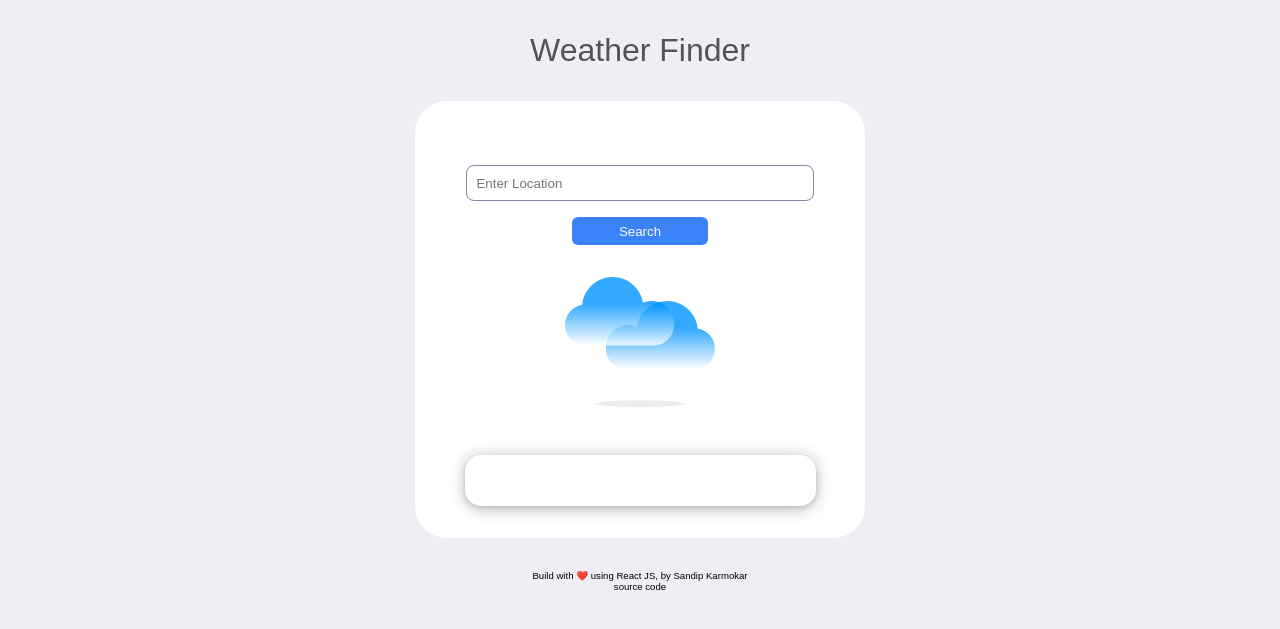
Repository: sandipkarmokar/weather-app
Page: /
An editor plug-in stored every save of this project. The page is shown before and after the next save, followed by the edit.
The browser window is 1280 px wide. The pictures show the whole page.
The project was rebuilt for these pictures with package versions that can differ from the ones it lists, and the page was loaded fresh each time.

Above is the page before, as saved 2022-04-12 18:08:43.

### src/App.js
import { useState, useEffect } from 'react';
import './App.css';
import WeatherForm from './components/WeatherForm';
import WeatherInfoShow from './components/WeatherInfoShow';

function App() {
    const [city, setCity] = useState('');
    const [gotData, setGotData] = useState(false);
    const [weatherData, setWeatherData] = useState([]);
    const [isDay, setIsDay] = useState(false);

    console.log(weatherData);
    const url = `https://api.openweathermap.org/data/2.5/weather?q=${city}&appid=390f3fd7515cacb5596ae4765de92a6d`;

    const fetchData = async (e) => {
        e.preventDefault();
        try {
            const response = await fetch(url);
            const data = await response.json();
            setWeatherData(data);
            setGotData(true);
            const isDay = weatherData?.weather[0].icon?.includes('d');
            setIsDay(isDay);
        } catch (error) {
            console.log(error);
            setGotData(false);
        }
    };

    return (
        <div className="app">
            <div className="heading">
                <p>Weather Finder</p>
            </div>
            <div className="app-container">
                <WeatherForm
                    city={city}
                    setCity={setCity}
                    fetchData={fetchData}
                ></WeatherForm>

                <WeatherInfoShow
                    gotData={gotData}
                    weatherData={weatherData}
                    isDay={isDay}
                ></WeatherInfoShow>
            </div>
            <footer>
                <p>Build with ❤️ using React JS, by Sandip Karmokar</p>
                <p>source code</p>
            </footer>
        </div>
    );
}

export default App;

### src/App.css
* {
    margin: 0;
    padding: 0;
    box-sizing: border-box;
    font-family: Arial, Helvetica, sans-serif;
}

.app {
    background-color: #eeeff4;
    height: 100vh;
}

.app .heading p {
    color: #52525b;
    padding-top: 2rem;
    font-size: 2rem;
    text-align: center;
}

.app .app-container {
    width: 90%;
    margin: 2rem auto;
    background: #ffffff;
    border-radius: 2rem;
    padding: 1rem 0;
}

.app .app-container .weather-form {
    width: 86%;
    margin: 0 auto;
    display: flex;
    flex-direction: column;
}

.app .app-container .weather-form input {
    padding: 0.6rem;
    margin: 1rem auto;
    border: 0.5px solid #8383a5;
    border-radius: 8px;
    width: 90%;
    margin-top: 3rem;
}
.app .app-container .weather-form button {
    width: 35%;
    margin: 0 auto;
    padding: 0.4rem;
    background-color: #3b82f6;
    color: #ffffff;
    border: none;
    border-radius: 6px;
    cursor: pointer;
}
.app .app-container .weather-form img {
    width: 150px;

    margin: 2rem auto;
}

.app .app-container .weather-info-show {
    background-color: #ffffff;
    width: 78%;
    box-shadow: rgba(14, 30, 37, 0.12) 0px 2px 4px 0px,
        rgba(14, 30, 37, 0.32) 0px 2px 16px 0px;
    margin: 1rem auto;
    border-radius: 1rem;
    padding: 1.6rem;
}
.app .app-container .weather-info-show .main-info {
    display: flex;
    justify-content: space-between;
}

.app .app-container .weather-info-show .main-info img {
    width: 50px;
    height: 50px;
}
.app .app-container .weather-info-show .main-info .info .location {
    font-size: 1.4rem;
    color: #52525b;
}
.app .app-container .weather-info-show .main-info .info .data {
    font-size: 0.9rem;
    color: #71717a;
}
.app .app-container .weather-info-show .main-info .info .data .large {
    font-size: 1.4rem;
    color: #52525b;
}

.app .app-container .weather-info-show hr {
    width: 50%;
    margin: 1.6rem auto;
}

.app .app-container .weather-info-show .other-info {
    display: flex;
    flex-direction: column;
}
.app .app-container .weather-info-show .other-info p {
    color: #3f3f46;
}

.app .app-container .weather-info-show .other-info .other-info-data {
    display: grid;

    grid-template-columns: 1fr 1fr;
    grid-template-rows: 1fr 1fr;
    gap: 1rem;
    margin-top: 1rem;
}

.app .app-container .weather-info-show .other-info .other-info-data .item {
    display: flex;
}

.app .app-container .weather-info-show .other-info .other-info-data .item img {
    height: 32px;
    width: 32px;
    margin: 0 0.6rem;
}

.app
    .app-container
    .weather-info-show
    .other-info
    .other-info-data
    .item
    .sub-info {
    display: flex;
    flex-direction: column;
}

.app
    .app-container
    .weather-info-show
    .other-info
    .other-info-data
    .item
    .sub-info
    .data {
    color: #3f3f46;
}
.app
    .app-container
    .weather-info-show
    .other-info
    .other-info-data
    .item
    .sub-info
    .sub-info-title {
    color: #3f3f46;
    font-size: 0.8rem;
}

.app footer p {
    text-align: center;
    font-size: 0.6rem;
}

@media only screen and (min-width: 500px) {
    .app {
        background-color: #eeeff4;
        height: 100vh;
    }

    .app .app-container {
        width: 450px;
        margin: 2rem auto;
        background: #ffffff;
        border-radius: 2rem;
        padding: 1rem 0;
    }
}

### src/components/WeatherForm.js
import React from 'react';
import mainImage from '../icons/perfect-day.svg';

const WeatherForm = ({ city, setCity, fetchData }) => {
    return (
        <div className="weather-form">
            <input
                type="text"
                placeholder="Enter Location"
                value={city}
                onChange={(e) => setCity(e.target.value)}
            />
            <button onClick={fetchData}>Search</button>
            <img src={mainImage} alt="" />
        </div>
    );
};

export default WeatherForm;

### src/components/WeatherInfoShow.js
import React from 'react';
import imagex from '../icons/cloudy.svg';

import sunset from '../icons/temp.svg';
import sunrise from '../icons/temp.svg';
import humidity from '../icons/humidity.svg';
import wind from '../icons/wind.svg';
import pressure from '../icons/pressure.svg';

const WeatherInfoShow = ({ weatherData, gotData, isDay }) => {
    console.log(weatherData);
    const getTime = (timeStamp) => {
        return `${new Date(timeStamp * 1000).getHours()}:${new Date(
            timeStamp * 1000
        ).getMinutes()}`;
    };
    return (
        <div className="weather-info-show">
            {gotData ? (
                <>
                    <div className="main-info">
                        <div className="info">
                            <div className="location">
                                {weatherData?.name} {weatherData?.sys.country}
                            </div>
                            <div className="data">
                                <span className="large">{`${Math.floor(
                                    weatherData?.main?.temp - 273
                                )}°C`}</span>{' '}
                                | {weatherData?.weather[0].description}
                            </div>
                        </div>
                        <img src={imagex} alt="" />
                    </div>
                    <hr className="line" />
                    <div className="other-info">
                        <p>Other Info</p>
                        <div className="other-info-data">
                            <div className="item">
                                <img src={isDay ? sunset : sunrise} alt="" />
                                <div className="sub-info">
                                    <p className="data">{`${getTime(
                                        weatherData?.sys[
                                            isDay ? 'sunset' : 'sunrise'
                                        ]
                                    )}`}</p>
                                    <p className="sub-info-title">
                                        {isDay ? 'sunset' : 'sunrise'}
                                    </p>
                                </div>
                            </div>
                            <div className="item">
                                <img src={humidity} alt="" />
                                <div className="sub-info">
                                    <p className="data">
                                        {weatherData?.main.humidity}
                                    </p>
                                    <p className="sub-info-title">humidity</p>
                                </div>
                            </div>
                            <div className="item">
                                <img src={wind} alt="" />
                                <div className="sub-info">
                                    <p className="data">
                                        {weatherData?.wind?.speed}
                                    </p>
                                    <p className="sub-info-title">wind</p>
                                </div>
                            </div>
                            <div className="item">
                                <img src={pressure} alt="" />
                                <div className="sub-info">
                                    <p className="data">
                                        {weatherData?.main.pressure}
                                    </p>
                                    <p className="sub-info-title">pressure</p>
                                </div>
                            </div>
                        </div>
                    </div>
                </>
            ) : (
                ''
            )}
        </div>
    );
};

export default WeatherInfoShow;

Loaded but not shown: public/index.html (common file); src/index.js (common file); src/index.css (common file); src/reportWebVitals.js (common file)

After the next save:
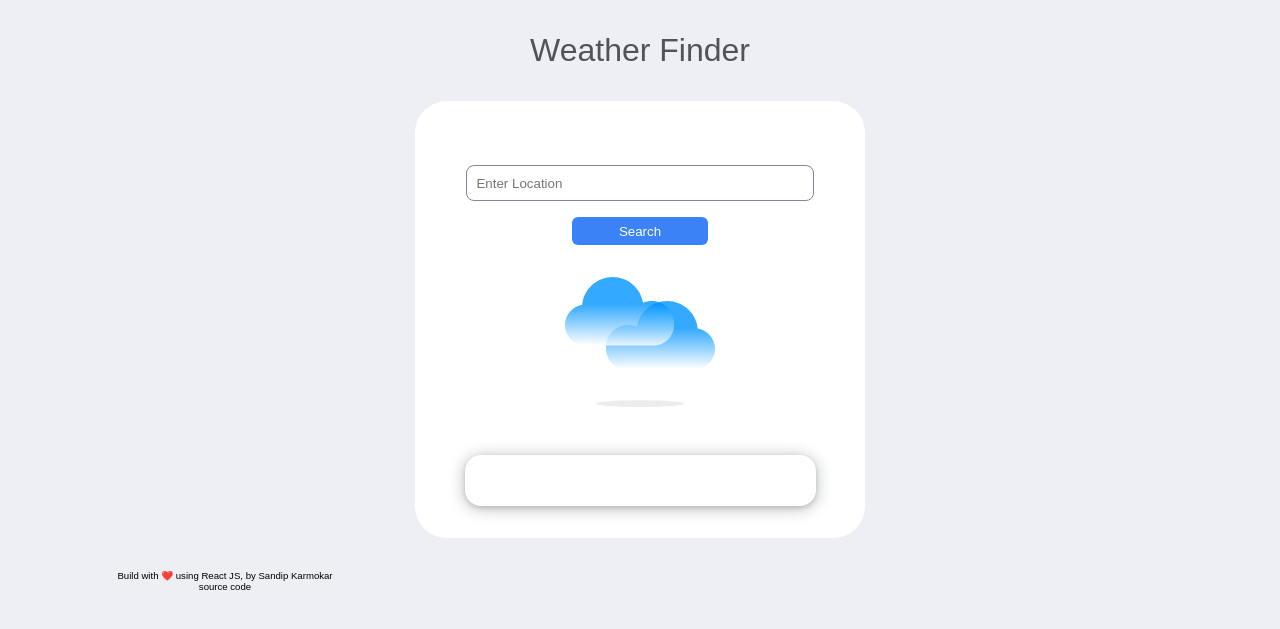
Saved 25 s later.
--- a/src/App.css
+++ b/src/App.css
@@ -170,4 +170,9 @@
         border-radius: 2rem;
         padding: 1rem 0;
     }
+    .app footer p {
+        text-align: center;
+        width: 450px;
+        font-size: 0.6rem;
+    }
 }

After the save that followed:
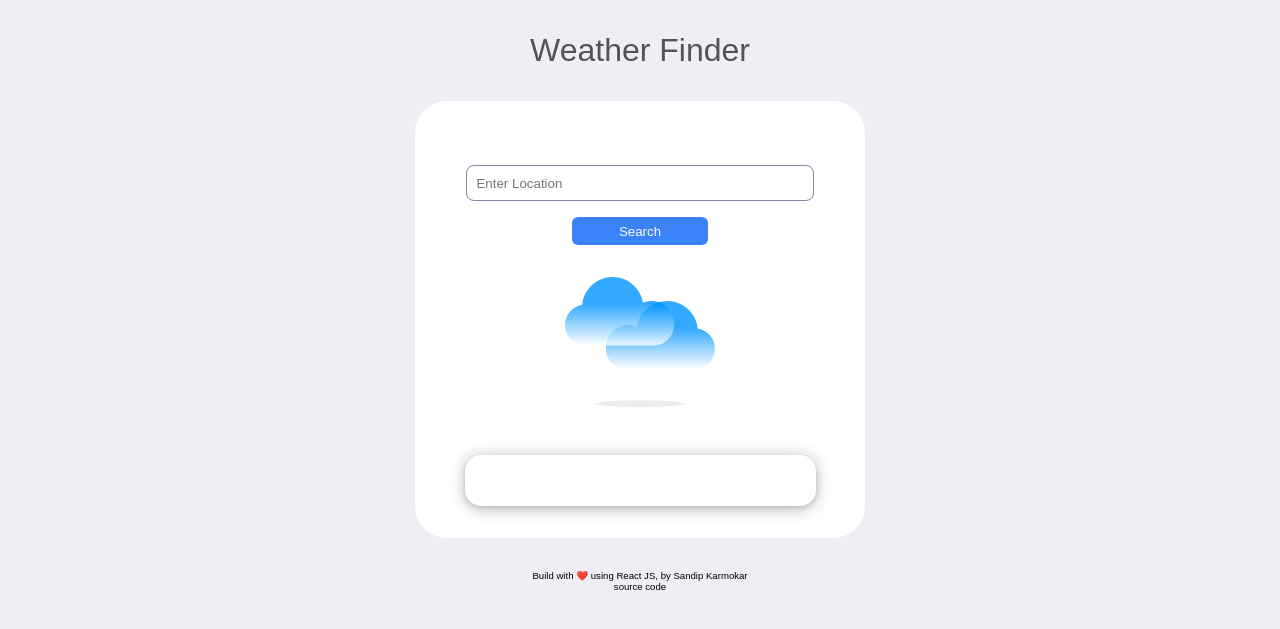
Saved 7 s later.
--- a/src/App.css
+++ b/src/App.css
@@ -172,6 +172,7 @@
     }
     .app footer p {
         text-align: center;
+        margin: 0 auto;
         width: 450px;
         font-size: 0.6rem;
     }
